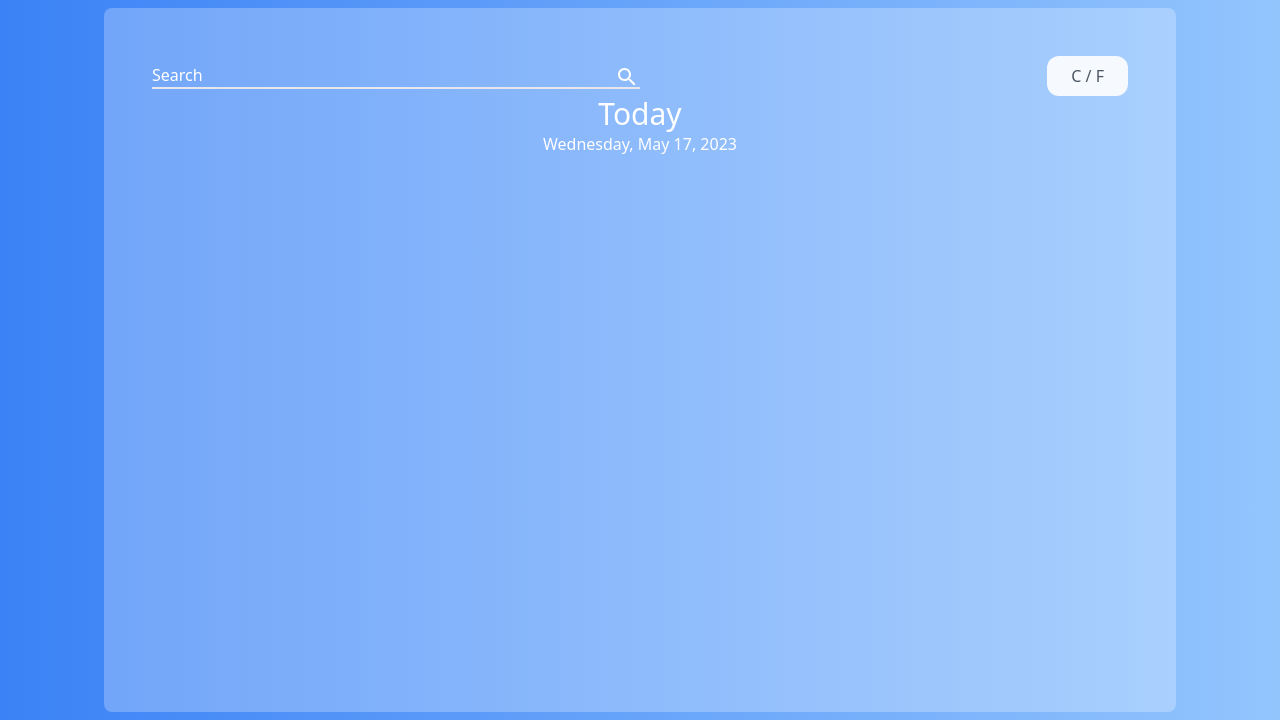
Repository: DevAntonioRogers/react-weatherapp-v2
Page: /
These files come from the project's save history. The page is drawn as it stood at one moment and after the next save; the edit follows.
The browser window is 1280 px wide. The pictures show the whole page.
The project was rebuilt for these pictures with package versions that can differ from the ones it lists, and the page was loaded fresh each time. The framework's server and built-in components were replaced by stand-ins that run in the browser. Also part of the build but not shown: next.config.js.

Above is the page before, as saved 2023-05-20 00:01:56.

After the next save:
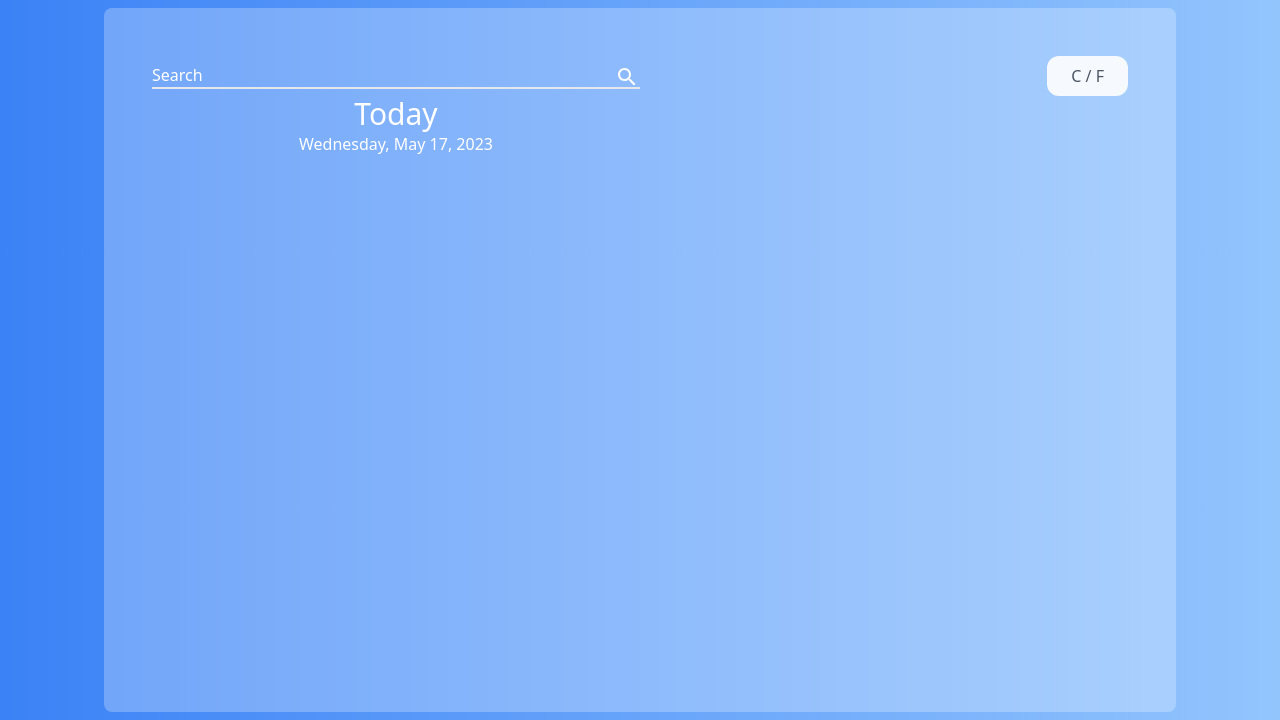
Saved 30 s later.
--- a/app/components/Current.tsx
+++ b/app/components/Current.tsx
@@ -5,7 +5,7 @@ const Current = ({ data }) => {
   const weatherIcon = data.current ? data.current.condition.icon : null;
   const currentDate = getCurrentDate();
   return (
-    <div className="flex flex-col items-center gap-2">
+    <div className="flex flex-col items-center gap-2 w-1/2">
       <div className="flex items-center">
         <div className="text-center">
           <h1 className="text-3xl text-white">Today</h1>
